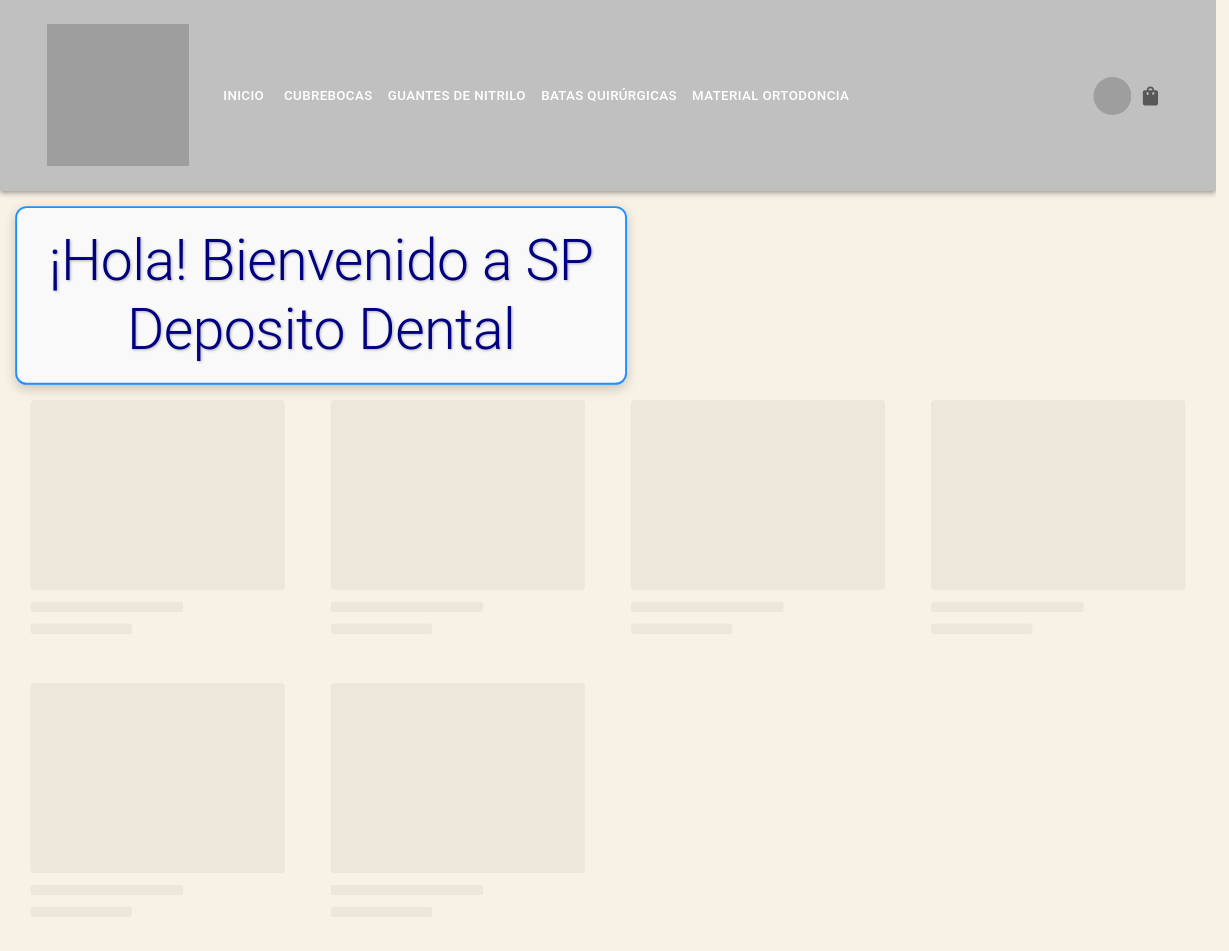
Repository: SebastianPineiro10/ecommerce-coderhouse
Page: /
These files come from the project's save history. The page is drawn as it stood at one moment and after the next save; the edit follows.
The browser window is 1280 px wide. The page is 1280 px wide, then 1294 px, so the pictures cover 1294 px, including what lies to the right of the window. The pictures show the whole page, at 95% of full size.
Pictures or frames that could not be fetched are drawn as grey boxes. The page's requests for data from a server got no answer. The project was rebuilt for these pictures with package versions that can differ from the ones it lists, and the page was loaded fresh each time. No one was signed in, and anything a server would have sent is missing. Also part of the build but not shown: vite.config.js, src/components/common/card/productcard.css, src/components/common/card/ProductCard.jsx, src/components/pages/ItemListContainer/ItemList.jsx, src/components/pages/ItemDetail/ItemDetail.jsx, src/components/pages/ItemDetail/ItemDetailContainer.jsx, src/components/pages/cart/CartContainer.jsx, src/components/pages/checkout/Checkout.jsx and 1 more.

Above is the page before, as saved 2024-11-18 22:35:08.

After the next save:
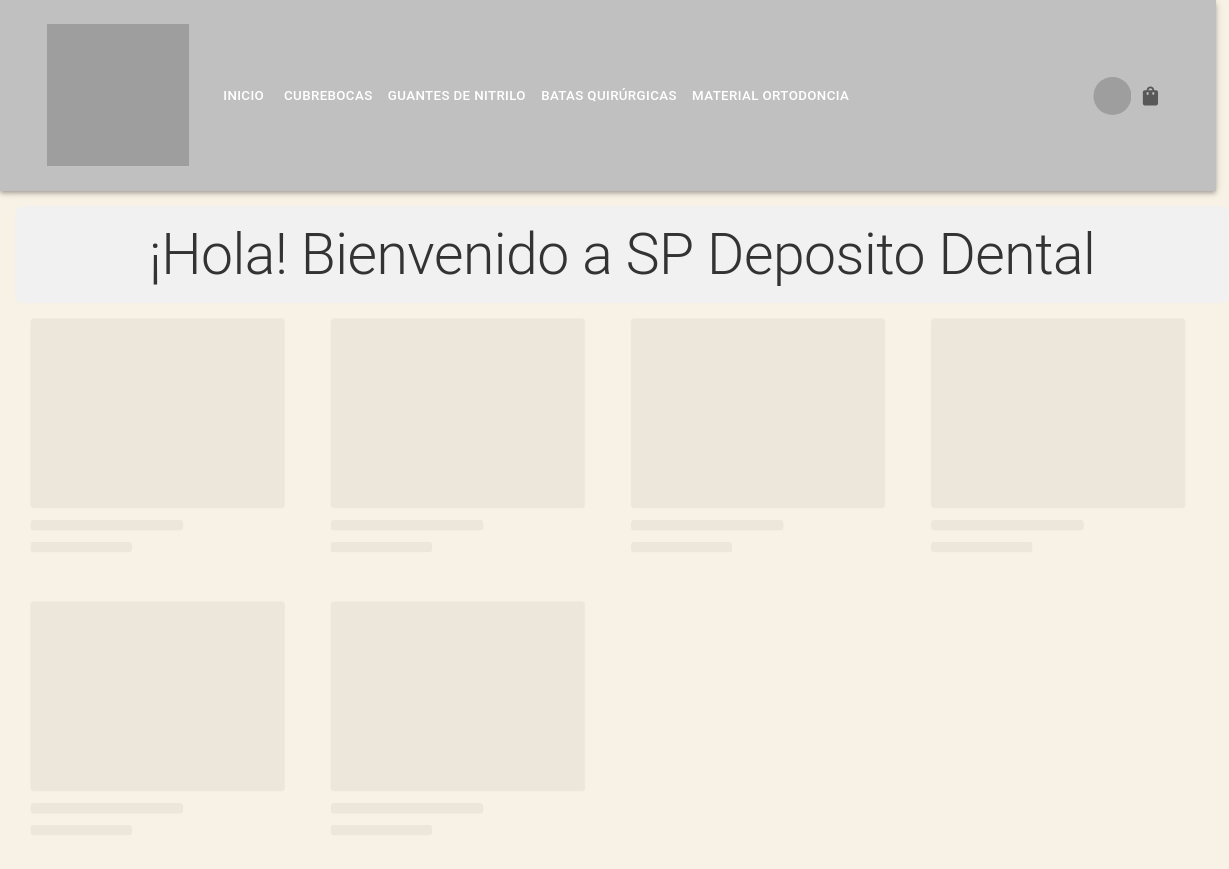
Saved 55 s later.
--- a/src/components/pages/ItemListContainer/ItemListContainer.css
+++ b/src/components/pages/ItemListContainer/ItemListContainer.css
@@ -1,28 +1,25 @@
 /* Contenedor general del cuadro de bienvenida */
 .welcome-title {
-    display: flex;
-    align-items: center;
-    justify-content: center;
-    padding: 20px;
-    margin: 30px auto;
-    max-width: 600px;
-    background-color: #f9f9f9; /* Fondo claro */
-    border-radius: 12px; /* Bordes redondeados */
-    box-shadow: 0px 4px 12px rgba(0, 0, 0, 0.2); /* Sombra */
-    border: 2px solid #1e90ff; /* Borde azul */
+    margin-top: 0; /* Elimina el margen superior para pegarlo al navbar */
+    padding: 15px; /* Reduce el padding para hacerlo más compacto */
+    background-color: #f1f1f1; /* Fondo gris claro para no llamar mucho la atención */
+    color: #333; /* Texto gris oscuro para una mejor legibilidad */
     font-family: 'Poppins', sans-serif; /* Fuente moderna */
-    font-size: 2.5rem; /* Tamaño del texto */
-    color: navy; /* Azul oscuro */
-    text-align: center;
-    font-weight: 600; /* Negrita moderada */
-    text-shadow: 1px 1px 3px rgba(0, 0, 0, 0.3); /* Sombra en el texto */
-    letter-spacing: 1.5px; /* Espaciado entre letras */
-    transition: transform 0.3s ease-in-out, background-color 0.3s ease-in-out;
+    font-size: 2rem; /* Tamaño de texto moderado */
+    text-align: center; /* Centrado del texto */
+    font-weight: 500; /* Peso de fuente normal */
+    text-shadow: none; /* Eliminamos la sombra del texto */
+    border-radius: 8px; /* Bordes ligeramente redondeados */
+    box-shadow: none; /* Sin sombra para un look más limpio */
+    border: none; /* Sin borde */
+    width: 100%; /* Se adapta al ancho de su contenedor */
+    display: block; /* Se asegura de que ocupe el 100% del ancho */
+    position: relative;
+    top: 0; /* Alineación con el navbar */
   }
 
-  /* Efecto hover para hacerlo interactivo */
+  /* Opcional: Añadir un pequeño efecto hover si quieres que reaccione */
   .welcome-title:hover {
-    transform: scale(1.05); /* Aumenta ligeramente el tamaño */
-    background-color: #1e90ff; /* Cambia el fondo al azul vibrante */
-    color: white; /* Cambia el texto al blanco */
+    background-color: #e0e0e0; /* Color ligeramente más oscuro al pasar el ratón */
+    color: #222; /* Oscurece un poco el texto */
   }
